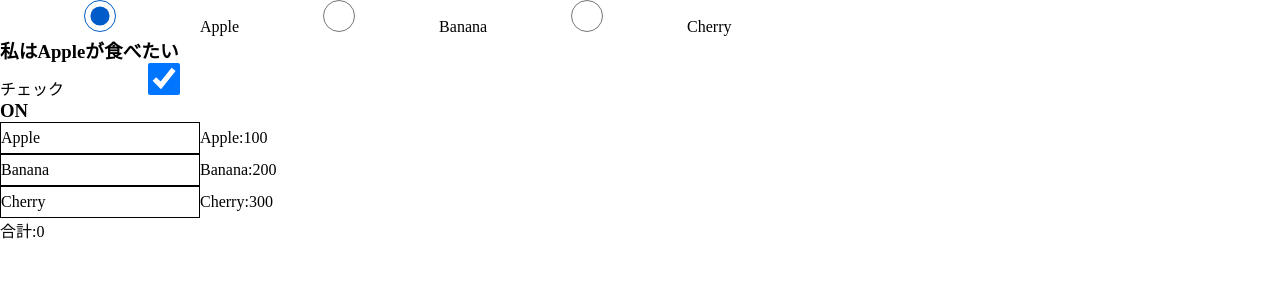
Repository: FujieRyou/react_practice
Page: /
These files come from the project's save history. The page is drawn as it stood at one moment and after the next save; the edit follows.
The browser window is 1280 px wide. The pictures show the whole page.
The project was rebuilt for these pictures with package versions that can differ from the ones it lists, and the page was loaded fresh each time. Also part of the build but not shown: vite.config.js, src/components/testComponent.jsx, src/components/todoComponent.jsx, src/components/countUp.jsx, src/components/switchFlag.jsx, src/components/props1.jsx, src/components/profile.jsx, src/components/ivent.jsx and 5 more.

Above is the page before, as saved 2023-01-25 04:41:06.

After the next save:
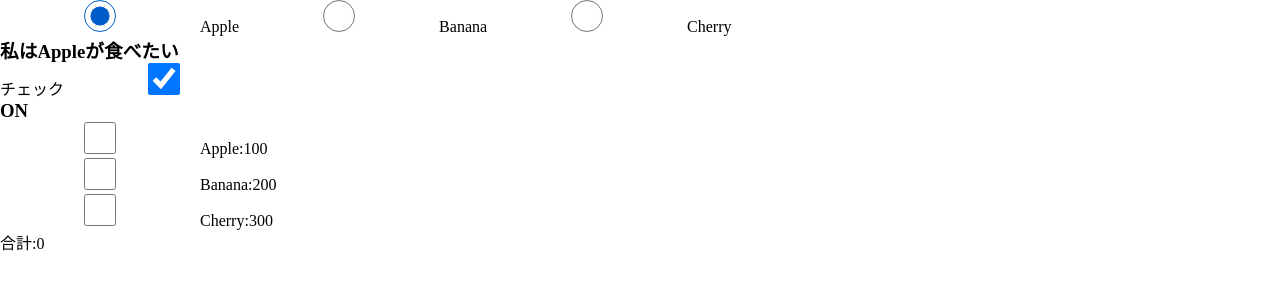
Saved 18 s later.
--- a/src/components/checkBoxs.jsx
+++ b/src/components/checkBoxs.jsx
@@ -15,7 +15,7 @@ const CheckBoxs = () =>{
                 fruit.map((fruit => {
                     return(
                         <div>
-                            <input type="checkeBox"
+                            <input type="checkBox"
                             id={fruit.label}
                             value={fruit.label}
                             />
